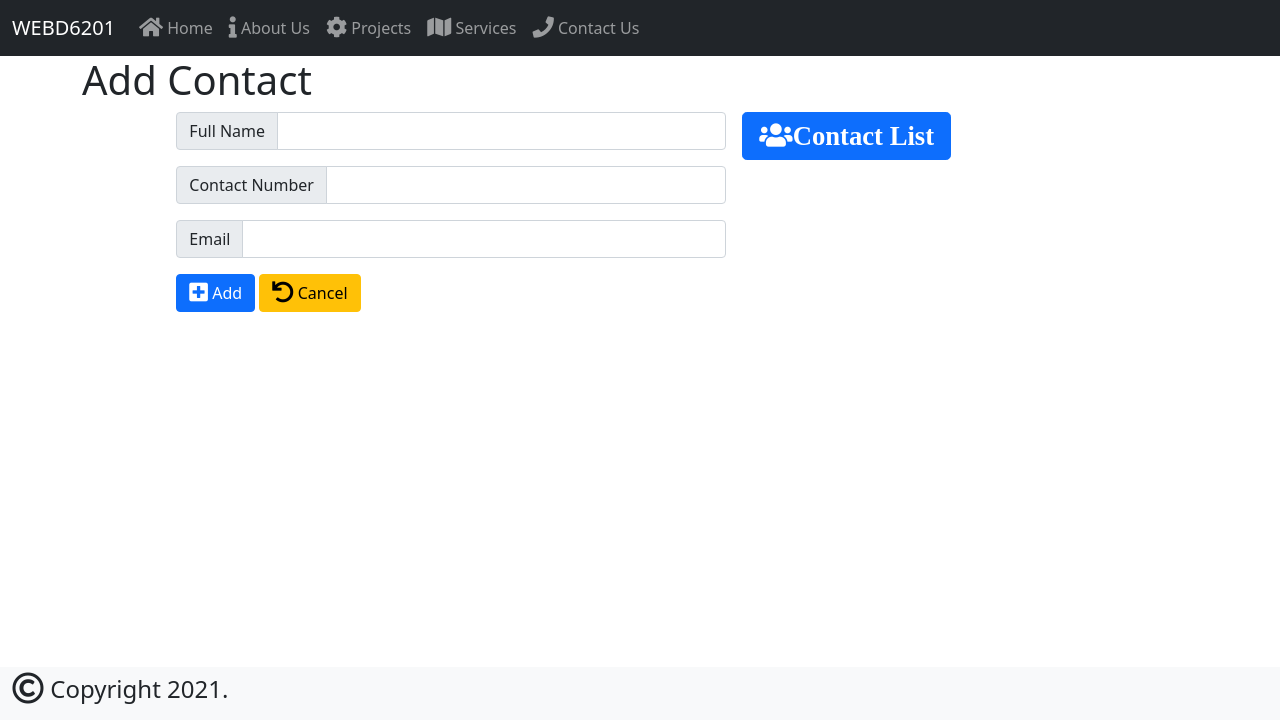
Repository: GarlicButterBoy/WEBD6201-ICE04
Page: edit.html
The author's editor kept a copy of each file at every save. The page is drawn from the files as they stood at one save, then again after the next save.
The browser window is 1280 px wide. The pictures show the whole page.

Above is the page before, as saved 2021-02-11 09:31:15.

### edit.html
<!DOCTYPE html>
<html lang="en">
<head>
    <meta charset="UTF-8">
    <meta name="viewport" content="width=device-width, initial-scale=1.0">
    <title>Edit</title>
    <!-- CSS Section -->
    <link rel="stylesheet" href="./node_modules/bootstrap/dist/css/bootstrap.min.css">
    <link rel="stylesheet" href="./node_modules/@fortawesome/fontawesome-free/css/all.min.css">
    <link rel="stylesheet" href="./Content/app.css">
</head>
<body>
    <!-- Main Header -->
    <header>
        <!-- Main Navigation -->
        <nav class="navbar navbar-expand-lg navbar-dark bg-dark">
            <div class="container-fluid">
              <a class="navbar-brand" href="index.html">WEBD6201</a>
              <button class="navbar-toggler" type="button" data-bs-toggle="collapse" data-bs-target="#navbarSupportedContent" aria-controls="navbarSupportedContent" aria-expanded="false" aria-label="Toggle navigation">
                <span class="navbar-toggler-icon"></span>
              </button>
              <div class="collapse navbar-collapse" id="navbarSupportedContent">
                <ul class="navbar-nav me-auto mb-2 mb-lg-0">
                  <li class="nav-item">
                    <a class="nav-link" aria-current="page" href="index.html"><i class="fas fa-home fa-lg"></i> Home</a>
                  </li>

                  <li class="nav-item">
                    <a class="nav-link" aria-current="page" href="about.html"><i class="fas fa-info fa-lg"></i> About Us</a>
                  </li>

                  <li class="nav-item">
                    <a class="nav-link" aria-current="page" href="projects.html"><i class="fas fa-cog fa-lg"></i> Projects</a>
                  </li>

                  <li class="nav-item">
                    <a class="nav-link" aria-current="page" href="services.html"><i class="fas fa-map fa-lg"></i> Services</a>
                  </li>

                  <li class="nav-item">
                    <a class="nav-link" aria-current="page" href="contact.html"><i class="fas fa-phone fa-lg"></i> Contact Us</a>
                  </li>
                </ul>
              </div>
            </div>
          </nav>
    </header>

    <!-- Main Content -->
    <main class="container">
        <h1>Edit Contact</h1>
        <div id="messageArea"></div>

        <div class="row justify-content-lg-center g-3">
          <form class="col-lg-6 col-md-10 col-sm-10">

            <div class="input-group mb-3">
              <span class="input-group-text" id="inputGroup-sizing-default">Full Name </span>
              <input id="fullName" type="text" class="form-control" aria-label="Full Name" aria-describedby="Full Name Input"
              name="fullName" required>
            </div>

            <div class="input-group mb-3">
              <span class="input-group-text" id="inputGroup-sizing-default">Contact Number</span>
              <input id="contactNumber" type="tel" class="form-control" aria-label="Contact Number" aria-describedby="Contact Number Input"
              name="contactNumber" required>
            </div>

            <div class="input-group mb-3">
              <span class="input-group-text" id="inputGroup-sizing-default">Email</span>
              <input id="emailAddress" type="email" class="form-control" aria-label="Email Address" aria-describedby="Email Address Input"
              name="emailAddress" required>
            </div>

            <button id="editButton" type="submit" class="btn btn-primary"><i class="fas fa-edit fa-lg"></i> Edit</button>
            <button id="cancelButton" type="button" class="btn btn-warning"><i class="fas fa-undo fa-lg"></i> Cancel</button>
          </form>

          <div class="col=lg-3 col-md-4">
            <a href="contact-list.html" class="btn btn-primary btn-lg"><i class="fas fa-users fa-lg">Contact List</i></a>
          </div>

        </div>


    </main>

    <!-- Main Footer -->
    <footer>
        <nav class="navbar fixed-bottom navbar-light bg-light">
            <div class="container-fluid">
              <h4><i class="far fa-copyright fa-lg"></i> Copyright 2021.</h4>
            </div>
          </nav>
    </footer>

    <!-- Script Section-->
    <script src="./node_modules/jquery/dist/jquery.min.js"></script>
    <script src="./node_modules/bootstrap/dist/js/bootstrap.bundle.min.js"></script>
    <script src="./Scripts/namespace.js"></script>
    <script src="./Scripts/contact.js"></script>
    <script src="./Scripts/app.js"></script>
</body>
</html>

### Scripts/namespace.js

//namespace core
let core;

### Scripts/contact.js
"use strict";

//Contact Class

(()=>{
    class Contact {

        //getters and setters
      get FullName()
      {
          return this.m_fullName;
      }
      get ContactNumber()
      {
          return this.m_conactNumber;
      }
      get EmailAddress()
      {
          return this.m_emailAddress;
      }
      set FullName(value)
      {
          this.m_fullName = value;
      }
      set ContactNumber(value)
      {
          this.m_conactNumber = value;
      }
      set EmailAddress(value)
      {
          this.m_emailAddress = value;
      }

        //Constructor
        /**
         * A Constructor for any Contact objects being instantiated
         * @param {string} fullName
         * @param {string} contactNumber
         * @param {string} emailAddress
         */
        constructor(fullName = "", contactNumber = "", emailAddress = "")
        {
            this.ContactNumber = contactNumber;
            this.EmailAddress = emailAddress;
            this.FullName = fullName;
        }



        //Methods
        /**
         * Overrides the toString method to print the Contact class
         * @returns {string}
         */
        toString()
        {
            return `Full Name: ${this.m_fullName}\nPhone: ${this.m_contactNumber}\nEmail: ${this.m_emailAddress}`;
        }

        /**
         * This method returns a JSON Object
         * @returns {Object}
         */
        toJSON()
        {
            return {
                "fullName":this.FullName,
                "contactNumber":this.ContactNumber,
                "emailAddress":this.EmailAddress
            }
        }
        /**
         * Method converts the Contact into a comma-seperated value string
         * @returns {String}
         */
        serialize()
        {
            if (this.FullName !== "" && this.ContactNumber !== "" && this.EmailAddress !== "")
            {
                return `${this.FullName},${this.ContactNumber},${this.EmailAddress}`;
            }
            else
            {
                console.error("Error: One of more of the Contact Properties are empty or null.");
                return null;
            }

        }
        /**
         * Method takes a comma-seperated data string and assigns the values to the contact class properties
         * @param {string} data
         * @returns {void}
         */
        deserialize(data)
        {
            let propertyArray = data.split(",");
            this.FullName = propertyArray[0];
            this.ContactNumber = propertyArray[1];
            this.EmailAddress = propertyArray[2];
        }

    }

core.Contact = Contact;

})(core || (core={}));

### Scripts/app.js
/* custom JavaScript goes here */

//IIFE - Immediately Invoked Function Expression
//AKA - Anonymous Self-Executing Function
//Closure - limits scope leak

"use strict";
/* Example of a class being created with brand new functions
let myContact =
{
  "firstName":"Nick SF",
  "contactNumber":"905-123-4567",
  "emailAddress":"email@test.com",
  "saysHello":function() { console.log(`${fullName} says Hello!`); },
  "someOtherObject":{  "friendsList":["Tony", "Stephen", "Peter"]  }

};*/

((core) =>
{
    function displayHome()
    {
/*
      $("button").on("mouseover", function(){
        console.log("JQuery Click");
      });

      let myButton = document.querySelectorAll("button")[1];
      myButton.addEventListener("click", () => {
        console.log("Button Clicked!");
      });
*/
      //console.log(myButton);

        let paragraphOneText =
          "This is a simple site to demonstrate DOM Manipulation for ICE 1";

        let paragraphOneElement = document.getElementById("paragraphOne");

        paragraphOneElement.textContent = paragraphOneText;
        paragraphOneElement.className = "fs-5";

        // Step 1. document.createElement
        let newParagraph = document.createElement("p");
        // Step 2. configure the element
        newParagraph.setAttribute("id", "paragraphTwo");
        newParagraph.textContent = "...And this is paragraph two";
        // Step 3. select the parent element
        let mainContent = document.getElementsByTagName("main")[0];
        // Step 4. Add / Insert the element
        mainContent.appendChild(newParagraph);

        newParagraph.className = "fs-6";

        // another way of injecting content
        let paragraphDiv = document.createElement("div");
        let paragraphThree = `<p id="paragraphThree" class="fs-7 fw-bold">And this is the Third Paragraph</p>`;
        paragraphDiv.innerHTML = paragraphThree;

        // insertions

        // example of inserting before a node
        //newParagraph.before(paragraphDiv);

        // example of inserting after a node
        newParagraph.after(paragraphDiv);

        // deletions

        // example of removing a single element
        //paragraphOneElement.remove();

        // example of removeChild
        mainContent.removeChild(paragraphOneElement);

        // update / modification
        //mainContent.firstElementChild.textContent = "Welcome Home!";

        mainContent.innerHTML = `<h1 id="firstHeading">Welcome to WEBD6201 - Lab 1</h1>
         <p id="paragraphOne" class="fs-3 fw-bold">This is my first Paragraph</p>
        `;

    }

    function displayAbout()
    {

    }

    function displayProjects()
    {

    }

    function displayServices()
    {

    }

    function displayContact()
    {
        TestFullName();
        TestContactNumber();
        TestEmailAddress();

        //let fullName = document.getElementById("fullName");
        //fullName.addEventListener("blur", function() {});

        $("#sendButton").on("click", (event)=>
        {
          if ($("#subscribeCheckbox")[0].checked)
          {
            let contact = new core.Contact(fullName.value, contactNumber.value, emailAddress.value);
            if(contact.serialize()) //checking if the serialized object exists
            {
              let key = contact.FullName.substring(0, 1) + Date.now();

              localStorage.setItem(key, contact.serialize());
            }
          }
        });


    }
    function displayContactList()
    {

      if(localStorage.length > 0)
      {
        let contactList = document.getElementById("contactList");

        let data = "";
        let keys = Object.keys(localStorage);

        let index = 1;

        for (const key of keys)
        {
          console.log(key);
          let contactData = localStorage.getItem((key).toString());

          console.log(contactData);

          let contact = new core.Contact();
          contact.deserialize(contactData);

          data += `<tr>
                  <th scope="row">${index}</th>
                  <td>${contact.FullName}</td>
                  <td>${contact.ContactNumber}</td>
                  <td>${contact.EmailAddress}</td>
                  <td class="text-center"><button class="btn btn-primary btn-sm edit" value="${key}"><i class="fas fa-sm fa-edit"></i> Edit</button></td>
                  <td class="text-center"><button class="btn btn-warning btn-sm delete" value="${key}"><i class="fas fa-sm fa-trash-alt"></i> Delete</button></td>
                  </tr>`;
          index++;
        }

        contactList.innerHTML = data;
        //TODO: Create an Edit page
        $("button.edit").on("click", function()
        {
          location.href = "edit.html#" + $(this).val();
        });


        $("button.delete").on("click", function()
        {
          if(confirm("Are you sure?"))
          {
            localStorage.removeItem($(this).val());
          }
          location.href = "contact-list.html";
        });

        $("#addButton").on("click", function()
        {
          location.href = "edit.html";
        })
      }


    }
    function displayEdit()
    {

      let key = location.hash.substring(1);

      let contact = new core.Contact();

      //Simple check to ensure the key is not empty
      if(key != "")
      {
        //get contact info from localStorage
        contact.deserialize(localStorage.getItem(key));
        //Display contact info
        $("#fullName").val(contact.FullName);
        $("#contactNumber").val(contact.ContactNumber);
        $("#emailAddress").val(contact.EmailAddress);
      }
      else
      {
        //modify the page so its an add, not an edit
        $("main>h1").text("Add Contact");
        $("#editButton").html(`<i class="fas fa-plus-square fa-lg"></i> Add`)

      }

      TestFullName();
      TestContactNumber();
      TestEmailAddress();

      //Edit Button
      $("#editButton").on("click", function()
      {

        document.forms[0].checkValidity();
        //If key is empty, make new one
        if (key == "")
        {
          key = contact.FullName.substring(0, 1) + Date.now();
        }

        //Update the contact info using the newly typed data
        contact.FullName = $("#fullName").val();
        contact.ContactNumber = $("#contactNumber").val();
        contact.EmailAddress = $("#emailAddress").val();

        //Update localStorage
        localStorage.setItem(key, contact.serialize());

        //Navigate back to the contact-list.html
        location.href = "contact-list.html";
      });
      //Cancel Button
      $("#cancelButton").on("click", function()
      {
        //return to contact-list.html
        location.href = "contact-list.html";
      });

    }

    function TestContactNumber()
    {
      let messageArea = $("#messageArea");
      let contactNumberPattern = /^(\+\d{1,2}\s)?\(?\d{3}\)?[\s.-]\d{3}[\s.-]\d{4}$/;
      // form validation
      $("#contactNumber").on("blur", function()
      {


        if(!contactNumberPattern.test($(this).val()))
          {
              //JQuery example of the lines below
             $(this).trigger("focus").trigger("select");
             messageArea.show().addClass("alert alert-danger").text("Please enter a valid phone number.");
          }
          else
          {
             //JQuery example of the line below
              messageArea.removeAttr("class").hide();
             //messageArea.hidden = true;
             //messageArea.removeAttribute("class");
          }
      });
    }

    function TestEmailAddress()
    {
      let messageArea = $("#messageArea");
      let emailAddressPattern = /^([a-zA-Z0-9._%-]+@[a-zA-Z0-9.-]+\.[a-zA-Z]{2,6})*$/;
      // form validation
      $("#emailAddress").on("blur", function()
      {


        if(!emailAddressPattern.test($(this).val()))
          {
              //JQuery example of the lines below
             $(this).trigger("focus").trigger("select");
             messageArea.show().addClass("alert alert-danger").text("Please enter a valid email address.");
          }
          else
          {
             //JQuery example of the line below
              messageArea.removeAttr("class").hide();
             //messageArea.hidden = true;
             //messageArea.removeAttribute("class");
          }
      });
    }

    function TestFullName()
    {
      //This is the same as below
      let messageArea = $("#messageArea").hide();
      let fullNamePattern = /([A-Z][a-z]{1,25})+(\s|,|-)([A-Z][a-z]{1,25})+(\s|,|-)*/;
      // form validation
      $("#fullName").on("blur", function()
      {


        if(!fullNamePattern.test($(this).val()))
          {
              //JQuery example of the lines below
             $(this).trigger("focus").trigger("select");
             messageArea.show().addClass("alert alert-danger").text("Please enter a valid Full Name. Must have a first and last name, starting with capital letters.");
          }
          else
          {
             //JQuery example of the line below
              messageArea.removeAttr("class").hide();
             //messageArea.hidden = true;
             //messageArea.removeAttribute("class");
          }
      });
  }

    function Start()
    {
        console.log("App Started...");




        switch (document.title)
        {
          case "Home":
              displayHome();
            break;
          case "About":
              displayAbout();
            break;
          case "Projects":
              displayProjects();
            break;
          case "Services":
              displayServices();
            break;
          case "Contact":
              displayContact();
            break;
          case "Contact-List":
              displayContactList();
              break;
          case "Edit":
              displayEdit();
            break;
        }

    }

    window.addEventListener("load", Start);

    core.Start = Start;


})  (core || (core={}));

Loaded but not shown: node_modules/bootstrap/dist/css/bootstrap.min.css (library); node_modules/@fortawesome/fontawesome-free/css/all.min.css (library); Content/app.css (common file); node_modules/jquery/dist/jquery.min.js (library); node_modules/bootstrap/dist/js/bootstrap.bundle.min.js (library)

After the next save:
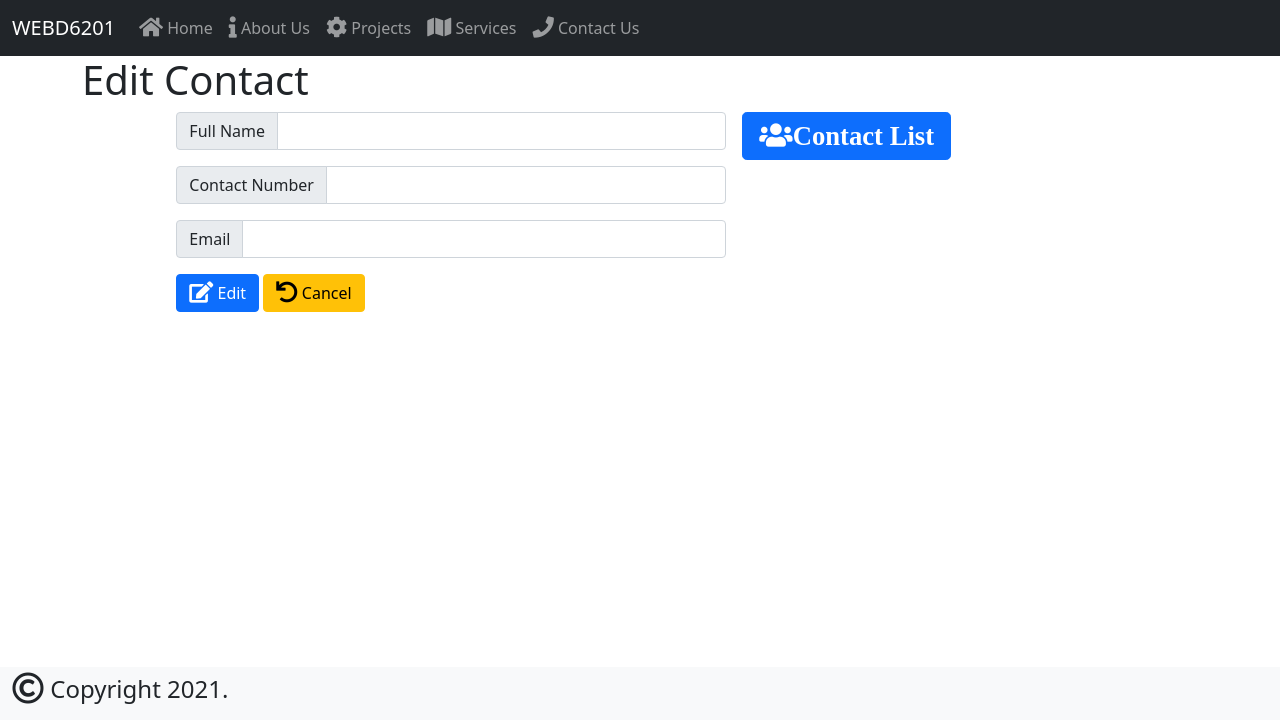
Console error: SyntaxError: Unexpected token ')'
Saved 87 s later.
--- a/Scripts/app.js
+++ b/Scripts/app.js
@@ -213,7 +213,7 @@
       $("#editButton").on("click", function()
       {
 
-        document.forms[0].checkValidity();
+       if () document.forms[0].checkValidity();
         //If key is empty, make new one
         if (key == "")
         {

After the 4 saves that followed:
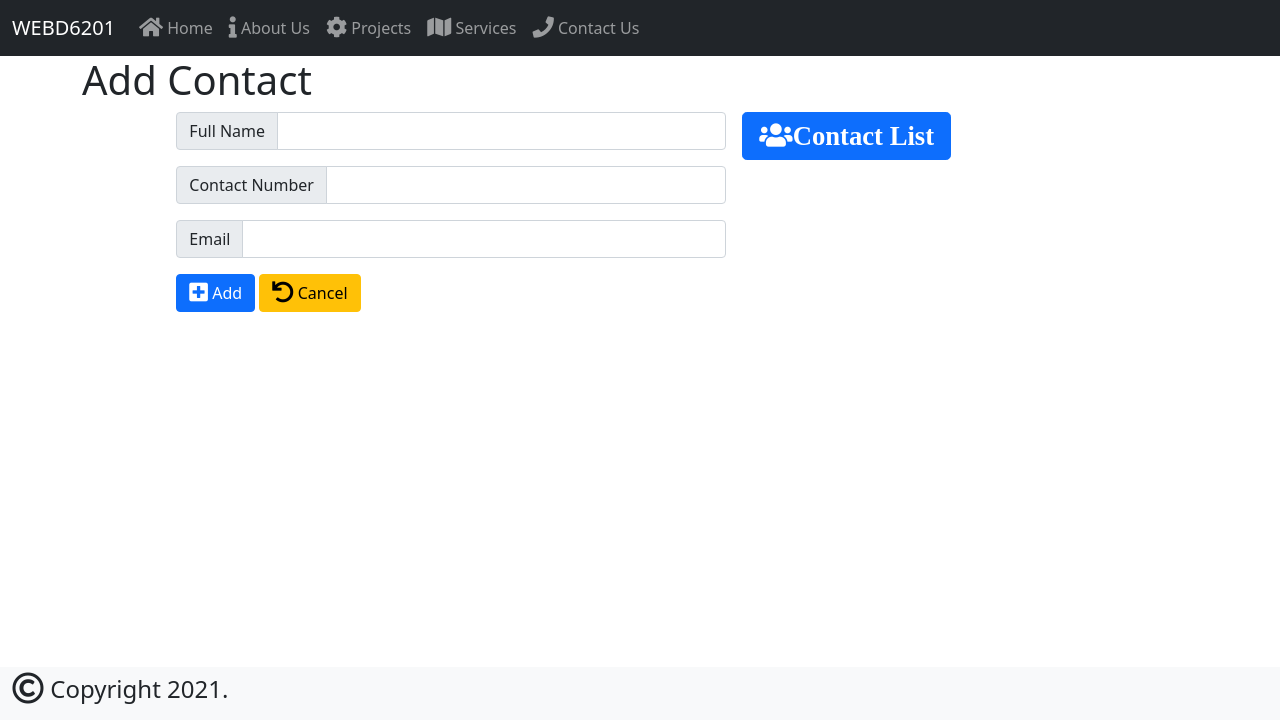
The error is gone.
The 4 saves are shown as one change because they came seconds apart.
The last was saved 10 s later.
--- a/Scripts/app.js
+++ b/Scripts/app.js
@@ -213,7 +213,10 @@
       $("#editButton").on("click", function()
       {
 
-       if () document.forms[0].checkValidity();
+       if (document.forms[0].checkValidity())
+       {
+
+       }
         //If key is empty, make new one
         if (key == "")
         {
